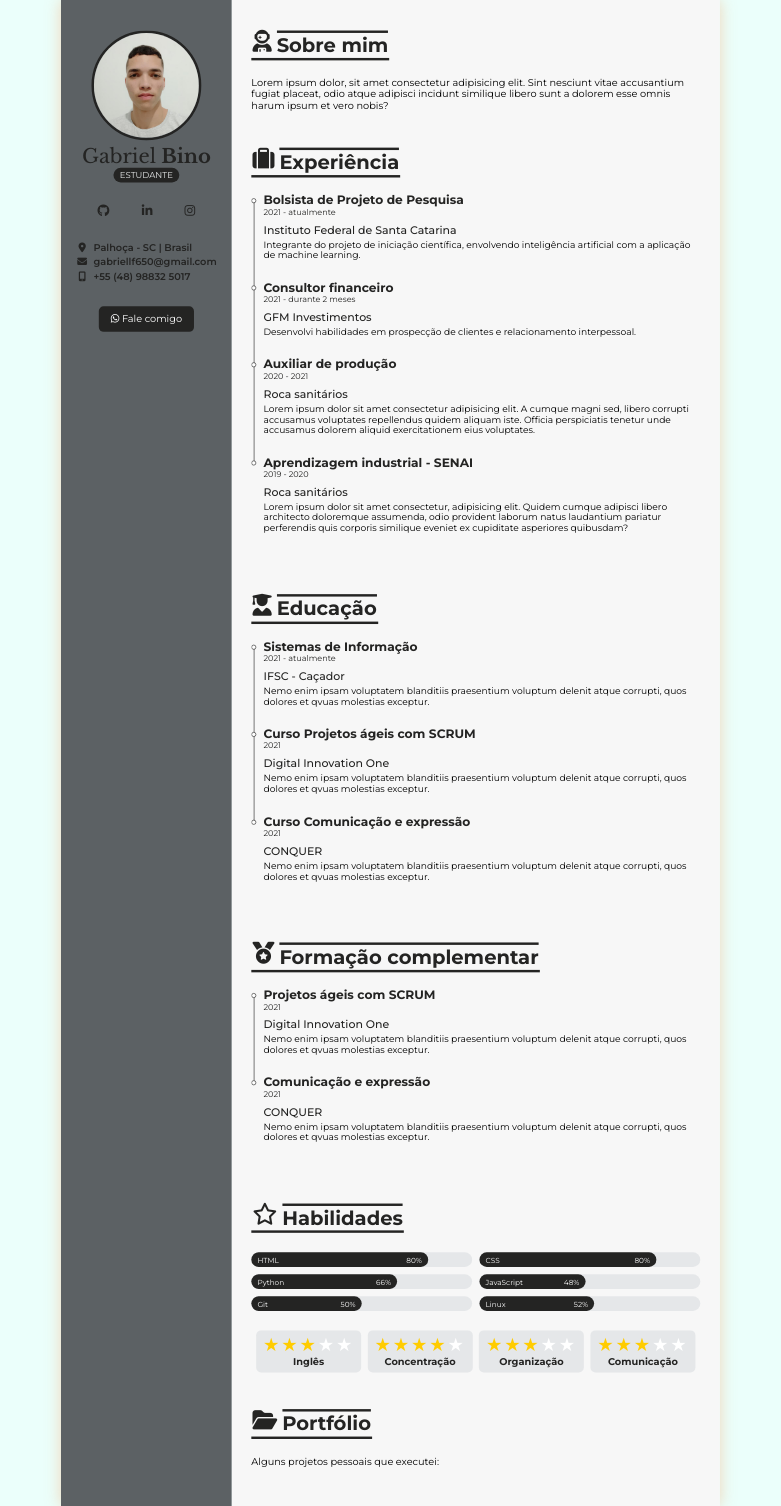
Repository: gabrielbino/curriculoResponsivo
Page: index.html
The author's editor kept a copy of each file at every save. The page is drawn from the files as they stood at one save, then again after the next save.
The browser window is 1280 px wide. The pictures show the whole page, at 61% of full size.
Some web libraries are served in a nearby version.

Above is the page before, as saved 2021-10-19 16:38:44.

After the next save:
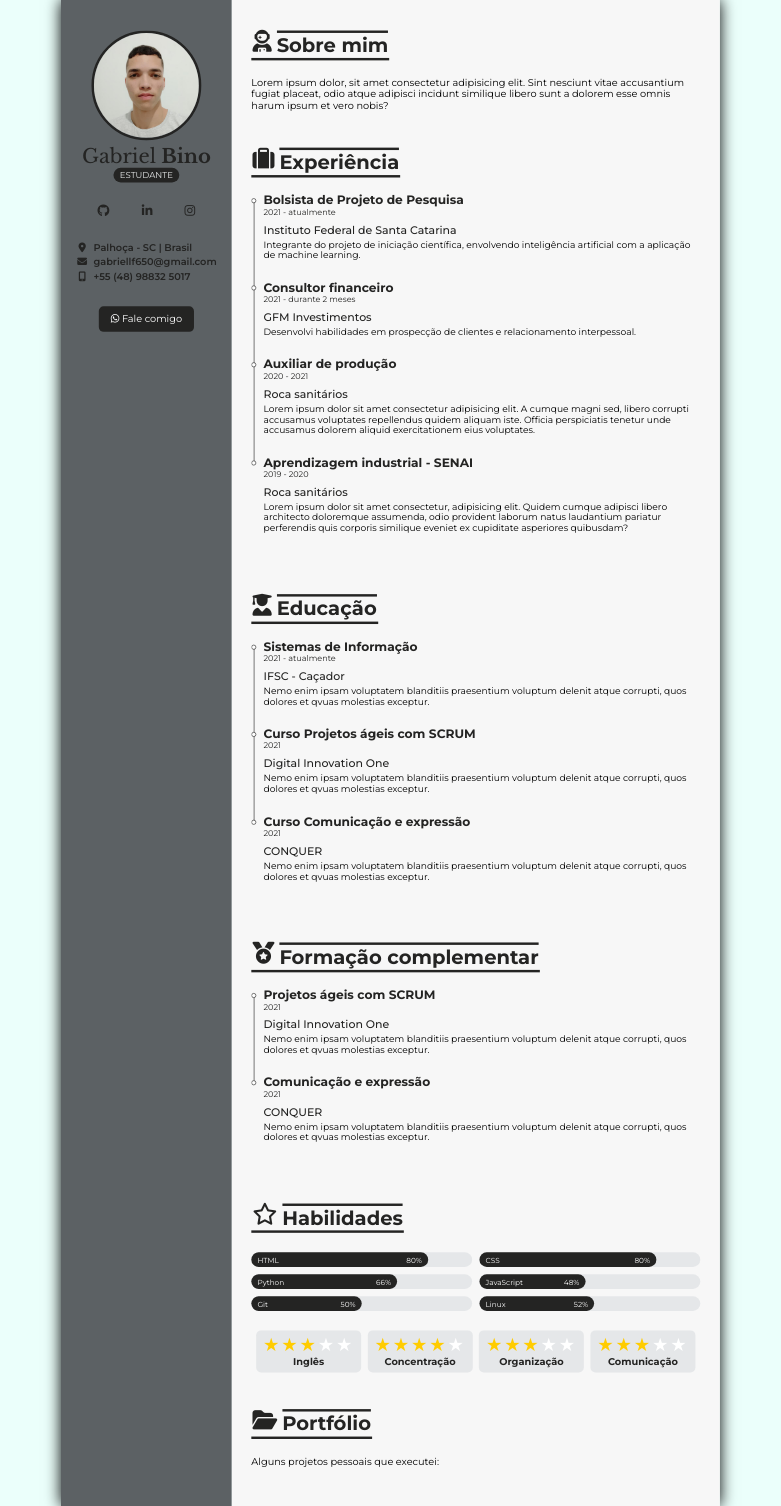
Saved 8 s later.
--- a/css/style.css
+++ b/css/style.css
@@ -16,7 +16,7 @@ body {
 
 main {
   background-color: #ebfffb;
-  box-shadow: 0 0 1.5rem #f5995c69;
+  box-shadow: 0 0 1.5rem;
   display: flex;
   margin: 0 auto;
   max-width: 1080px;
